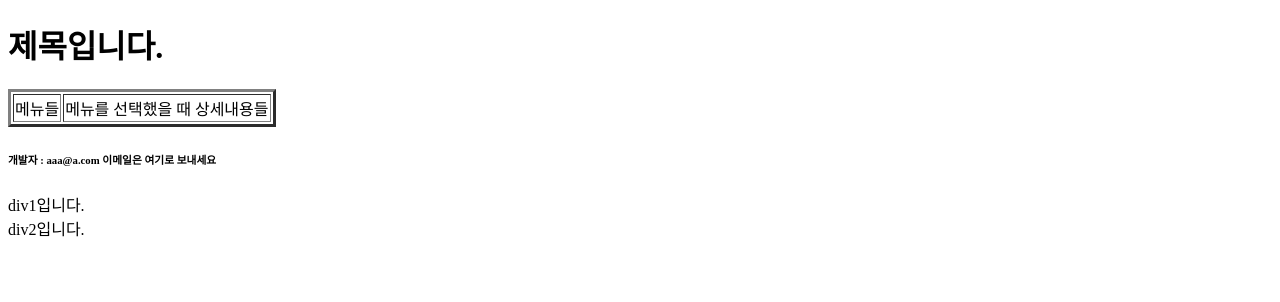
Repository: Pang-Ho/TIL
Page: JavaScript/workspace_web/htmltest/WebContent/div_span.html
The author's editor kept a copy of each file at every save. The page is drawn from the files as they stood at one save, then again after the next save.
The browser window is 1280 px wide. The pictures show the whole page.

Above is the page before, as saved 2021-08-20 02:42:14.

### JavaScript/workspace_web/htmltest/WebContent/div_span.html
<!DOCTYPE html>
<html>
<head>
<meta charset="UTF-8">
<title>Insert title here</title>
</head>
<body>
	<div>
	<h1>제목입니다.</h1>
	</div>
	<table border=3>
		<tr><td>메뉴들</td><td>메뉴를 선택했을 때 상세내용들</td></tr>

	</table>

	<h6>개발자 : aaa@a.com 이메일은 여기로 보내세요</h6>

	<div> div1입니다.</div>
	<div> div2입니다.</div>
</body>
</html>

After the next save:
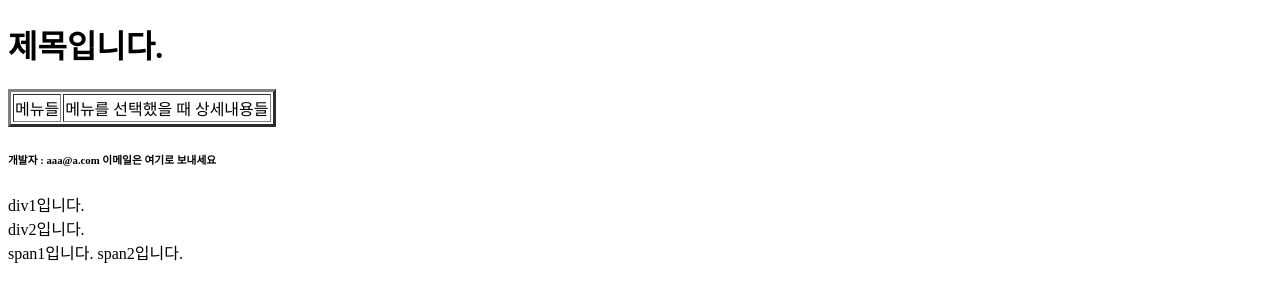
Saved 2 min 17 s later.
--- a/JavaScript/workspace_web/htmltest/WebContent/div_span.html
+++ b/JavaScript/workspace_web/htmltest/WebContent/div_span.html
@@ -17,5 +17,7 @@
 
 	<div> div1입니다.</div>
 	<div> div2입니다.</div>
+	<span> span1입니다.</span>
+	<span> span2입니다.</span>
 </body>
 </html>
